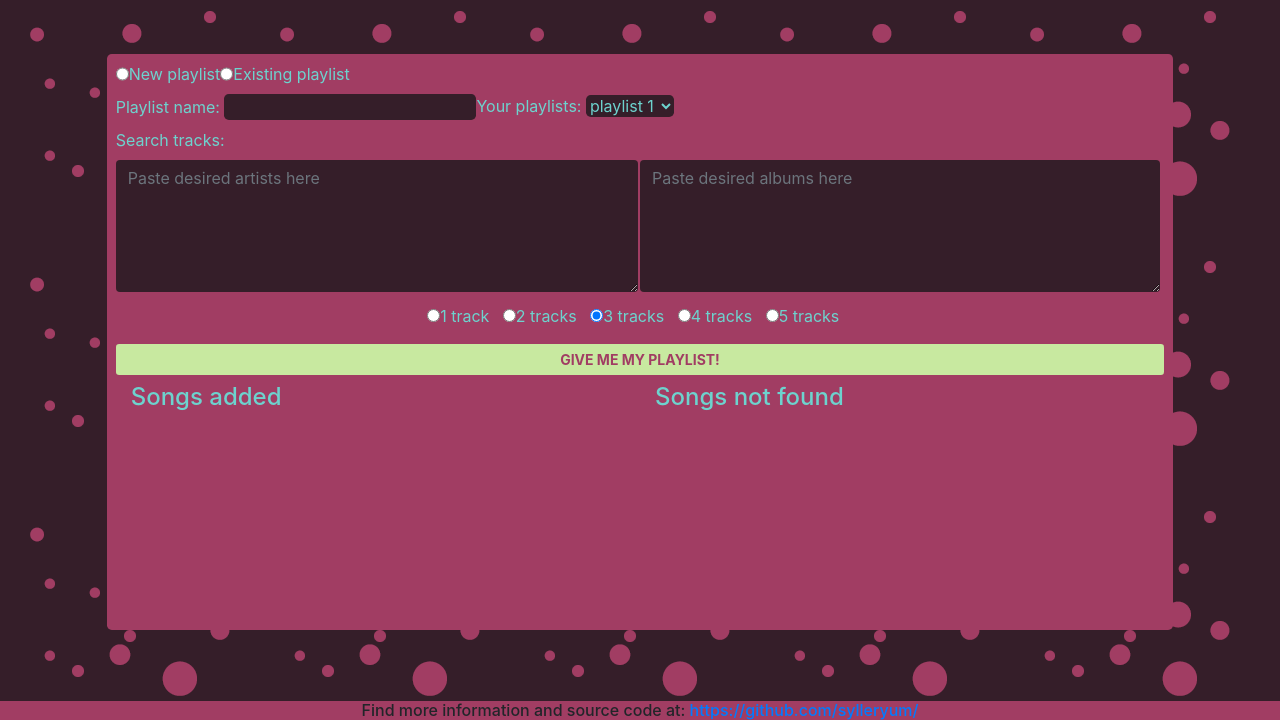
Repository: sylleryum/Frontend
Page: GetTopTracks/index.html
An editor plug-in stored every save of this project. The page is shown before and after the next save, followed by the edit.
The browser window is 1280 px wide. The pictures show the whole page.

Above is the page before, as saved 2019-10-13 18:02:27.

After the next save:
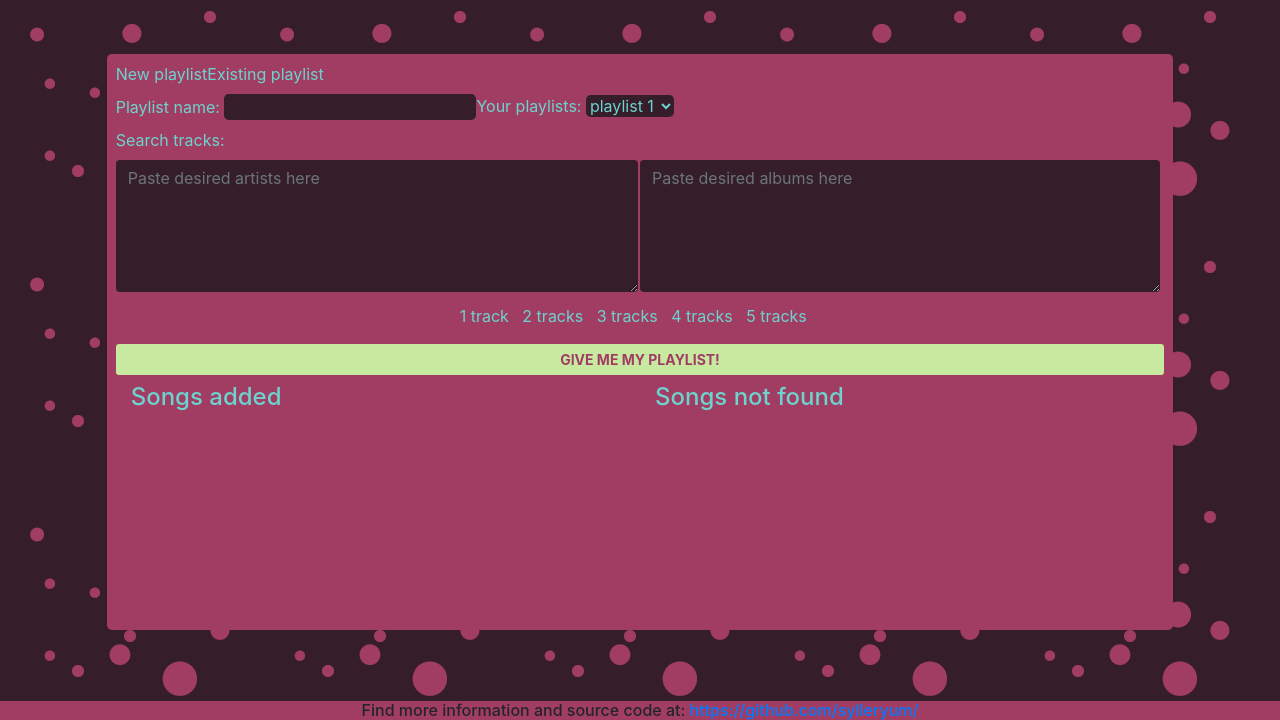
Saved 4 s later.
--- a/GetTopTracks/style.css
+++ b/GetTopTracks/style.css
@@ -11,7 +11,13 @@
 button:hover {
      background-color: #a75e3a!important;
      text-decoration: underline!important;
- }
+}
+
+input[type="radio"] {
+     -webkit-appearance: none;
+     -moz-appearance: none;
+     appearance: none;
+   }
 
 .h-100 {
      min-height: 100vh;

After the 4 saves that followed:
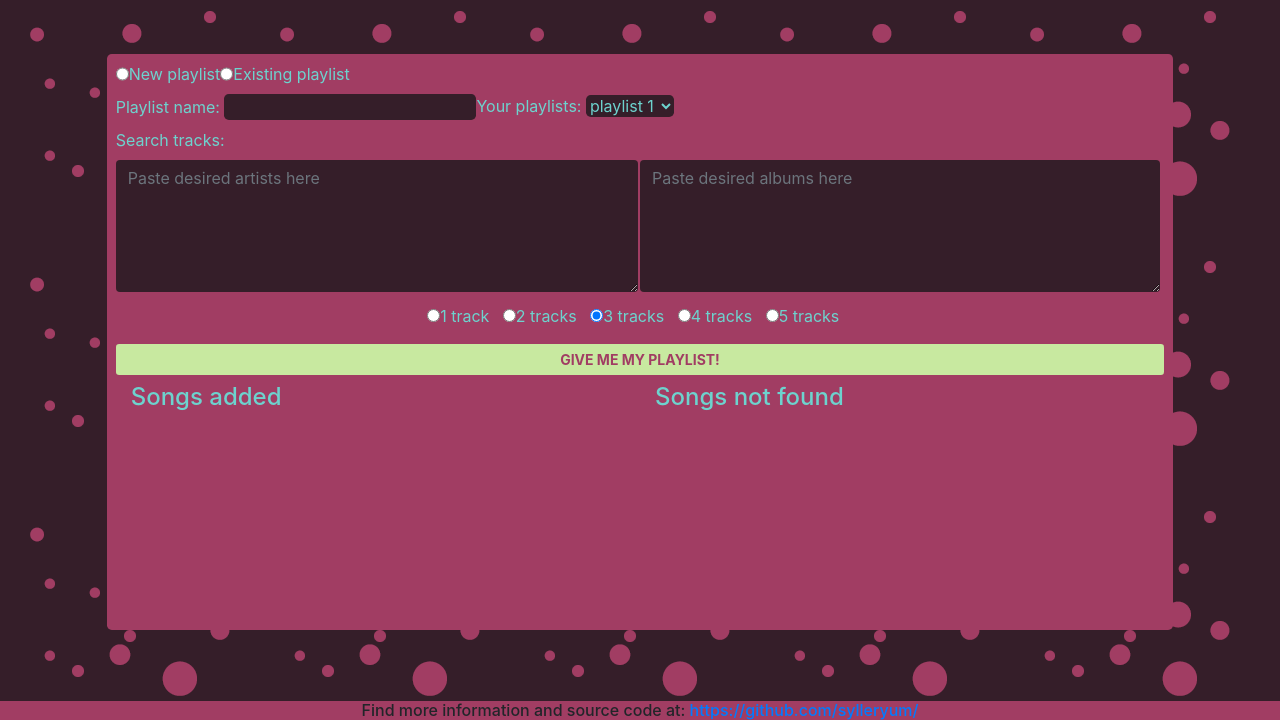
The 4 saves are shown as one change because 3 left the picture as it was.
The last was saved 30 s later.
--- a/GetTopTracks/index.html
+++ b/GetTopTracks/index.html
@@ -23,7 +23,7 @@
                     <div class="h-80 col col-md-10 bg-4 text-1 rounded-lg pl-4 pr-4 pt-2 overflow-auto"  id="internal-container">
 
                          <div class="row main-select pb-2">
-                              <input type="radio" id="rNew" name="playlistRadio" value="new"
+                              <input type="radio" class="bg-5" id="rNew" name="playlistRadio" value="new"
                                    onchange="radioChecker()">New
                               playlist
                               <input type="radio" id="rExisting" name="playlistRadio" value="existing"
--- a/GetTopTracks/style.css
+++ b/GetTopTracks/style.css
@@ -13,11 +13,6 @@
      text-decoration: underline!important;
 }
 
-input[type="radio"] {
-     -webkit-appearance: none;
-     -moz-appearance: none;
-     appearance: none;
-   }
 
 .h-100 {
      min-height: 100vh;
